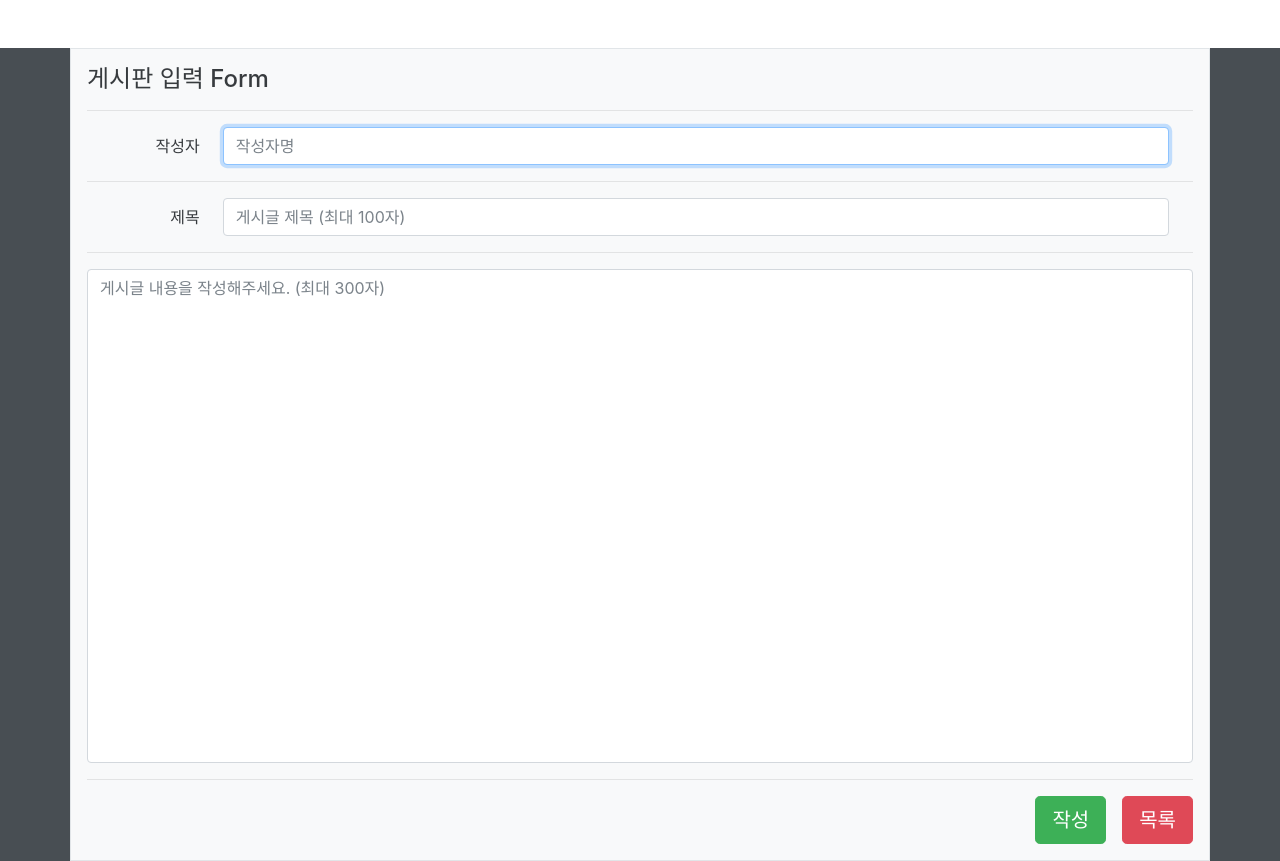
Repository: rasz60/ezen
Page: http://localhost/jspMVC/
These files come from the project's save history. The page is drawn as it stood at one moment and after the next save; the edit follows.
The browser window is 1280 px wide. The pictures show the whole page.
Some web libraries are served in a nearby version. The page is served by Tomcat 9. Other server files are loaded and not shown.

Above is the page before, as saved 2022-02-15 00:54:36.

### 04_jsp_servlet-workspace/jspMVC/src/main/webapp/writeForm.jsp
<%@ page language="java" contentType="text/html; charset=UTF-8"
    pageEncoding="UTF-8"%>
<%@ taglib prefix="c" uri="http://java.sun.com/jsp/jstl/core" %>
<%@ taglib prefix="fmt" uri="http://java.sun.com/jsp/jstl/fmt" %>
<%@ taglib prefix="sql" uri="http://java.sun.com/jsp/jstl/sql" %>
<%@ taglib prefix="x" uri="http://java.sun.com/jsp/jstl/xml" %>
<%@ taglib prefix="fn" uri="http://java.sun.com/jsp/jstl/functions" %>

<!DOCTYPE html>
<html lang="ko">
<head>
<meta charset="UTF-8">
<meta name="viewport" content="width=device-width, initial-scale=1">
<link rel="stylesheet" href="https://cdn.jsdelivr.net/npm/bootstrap@4.6.1/dist/css/bootstrap.min.css">
<link rel="stylesheet" href="https://pro.fontawesome.com/releases/v5.10.0/css/all.css"
	  integrity="sha384-AYmEC3Yw5cVb3ZcuHtOA93w35dYTsvhLPVnYs9eStHfGJvOvKxVfELGroGkvsg+p"
	  crossorigin="anonymous"/>
<script src="https://ajax.googleapis.com/ajax/libs/jquery/3.5.1/jquery.min.js"></script>
<script src="https://cdn.jsdelivr.net/npm/popper.js@1.16.1/dist/umd/popper.min.js"></script>
<script src="https://cdn.jsdelivr.net/npm/bootstrap@4.6.1/dist/js/bootstrap.bundle.min.js"></script>
<title>게시판 입력 Form</title>
<style>
@import url('https://fonts.googleapis.com/css2?family=Noto+Sans+KR:wght@100;300;400&display=swap');;
* {
	font-family: 'Noto Sans KR', sans-serif;
}

div.container-fluid {
	opacity : 90%;
}
textarea {
	resize: none;
	background-color: transparent;
}
</style>
</head>

<body>
<div class="container-fluid bg-dark">
	<div class="container p-3 border bg-light mt-5">
		<h4>게시판 입력 Form</h4>
		<hr />

		<form action="write.do" method="post">
			<div class="form-group row">
				<label for="bName" class="col-1 text-right ml-5 mr-2 my-auto" >작성자</label>
				<input type="text" name="bName" id="bName" class="form-control col-10" autofocus placeholder="작성자명"/>
			</div>
			<hr />
			<div class="form-group row">
				<label for="bTitle" class="col-1 text-right ml-5 mr-2 my-auto">제목</label>
				<input type="text" name="bTitle" id="bTitle" class="form-control col-10" placeholder="게시글 제목 (최대 100자)"/>
			</div>
			<hr />
			<div class="form-group text-center">
				<textarea name="bContent" id="bContent" cols="100" rows="20" class="form-control" placeholder="게시글 내용을 작성해주세요. (최대 300자)"></textarea>
			</div>
			<hr />
			<div class="d-flex justify-content-end">
				<input type="submit" value="작성" class="btn btn-success btn-lg mr-3"/>
				<a href="list.do"><input type="button" value="목록" class="btn btn-danger btn-lg" /></a>
			</div>
		</form>
	</div>
</div>
</body>
</html>

### 04_jsp_servlet-workspace/jspMVC/src/main/java/com/wvwv/jspMVC/controller/BFrontController.java
package com.wvwv.jspMVC.controller;

import java.io.IOException;

import javax.servlet.RequestDispatcher;
import javax.servlet.ServletException;
import javax.servlet.annotation.WebServlet;
import javax.servlet.http.HttpServlet;
import javax.servlet.http.HttpServletRequest;
import javax.servlet.http.HttpServletResponse;

import com.wvwv.jspMVC.command.BCommand;
import com.wvwv.jspMVC.command.BWriteCommand;

/**
 * Servlet implementation class BFrontController
 */
@WebServlet("*.do")
public class BFrontController extends HttpServlet {
	private static final long serialVersionUID = 1L;

	BCommand command;

    /**
     * @see HttpServlet#HttpServlet()
     */
    public BFrontController() {
        super();
    }

	/**
	 * @see HttpServlet#doGet(HttpServletRequest request, HttpServletResponse response)
	 */
	protected void doGet(HttpServletRequest request, HttpServletResponse response) throws ServletException, IOException {
		System.out.println("doGet()");
		actionDo(request, response);
	}

	/**
	 * @see HttpServlet#doPost(HttpServletRequest request, HttpServletResponse response)
	 */
	protected void doPost(HttpServletRequest request, HttpServletResponse response) throws ServletException, IOException {
		System.out.println("doPost()");
		request.setCharacterEncoding("UTF-8");
		doGet(request, response);
	}

	protected void actionDo(HttpServletRequest request, HttpServletResponse response) throws ServletException, IOException {
		System.out.println("actionDo()");

		request.setCharacterEncoding("UTF-8");

		// RequestDispatcher로 이동할 페이지 url
		String viewPage = null;

		// request를 실제로 수행할 command class path
		BCommand command = null;

		// request uri(contextPath + command)에서 contextPath를 제외한 command 값만 저장
		String uri = request.getRequestURI();
		String cntxtPath = request.getContextPath();
		String cmd = uri.substring(cntxtPath.length());

		if( cmd.equals("/") ) {
			viewPage = "writeForm.jsp";
		} else if ( cmd.equals("/write.do") ) {
			command = new BWriteCommand();
			command.execute(request, response);
		}



		RequestDispatcher dispatcher = request.getRequestDispatcher(viewPage);
		dispatcher.forward(request, response);
	}
}

After the next save:
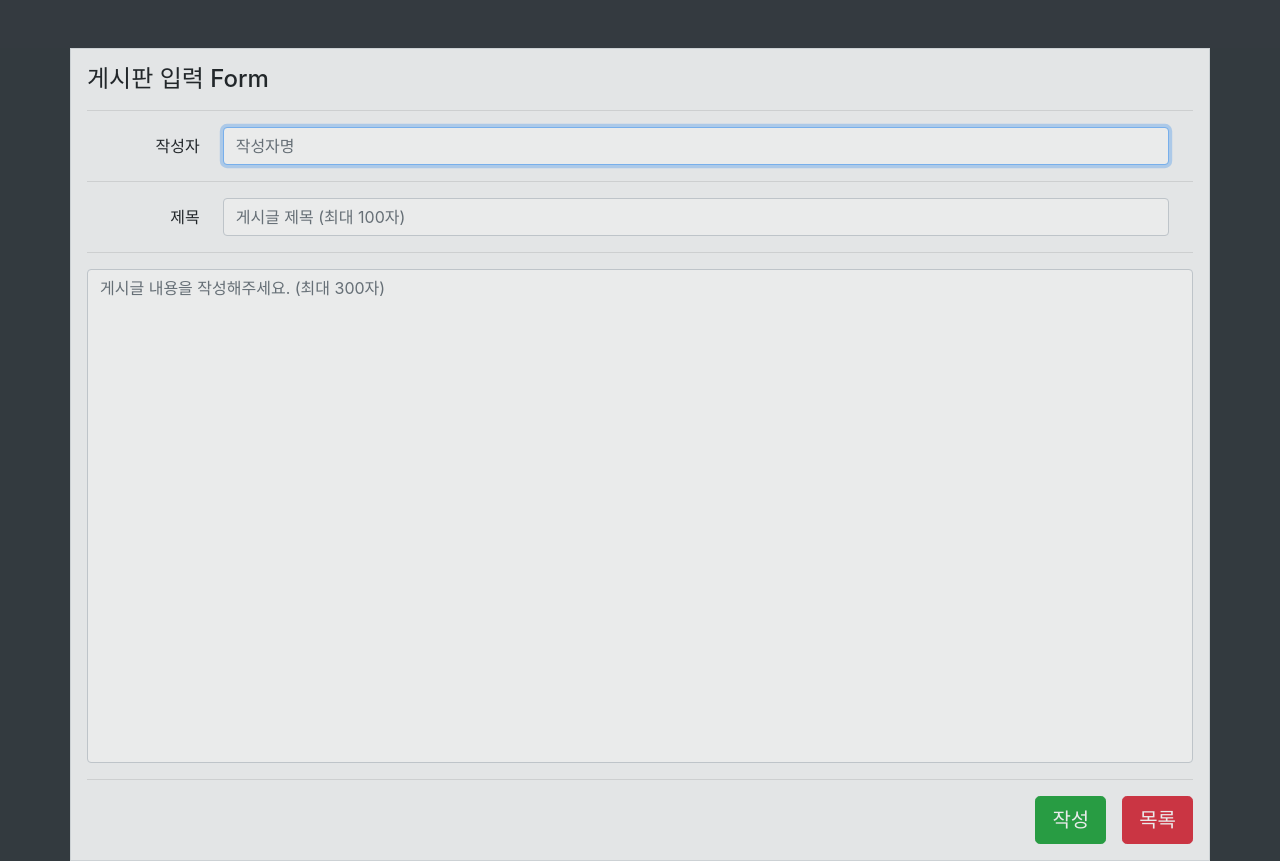
Saved 21 s later.
--- a/04_jsp_servlet-workspace/jspMVC/src/main/webapp/writeForm.jsp
+++ b/04_jsp_servlet-workspace/jspMVC/src/main/webapp/writeForm.jsp
@@ -25,7 +25,7 @@
 	font-family: 'Noto Sans KR', sans-serif;
 }
 
-div.container-fluid {
+body {
 	opacity : 90%;
 }
 textarea {
@@ -35,7 +35,7 @@ textarea {
 </style>
 </head>
 
-<body>
+<body class="bg-dark">
 <div class="container-fluid bg-dark">
 	<div class="container p-3 border bg-light mt-5">
 		<h4>게시판 입력 Form</h4>
